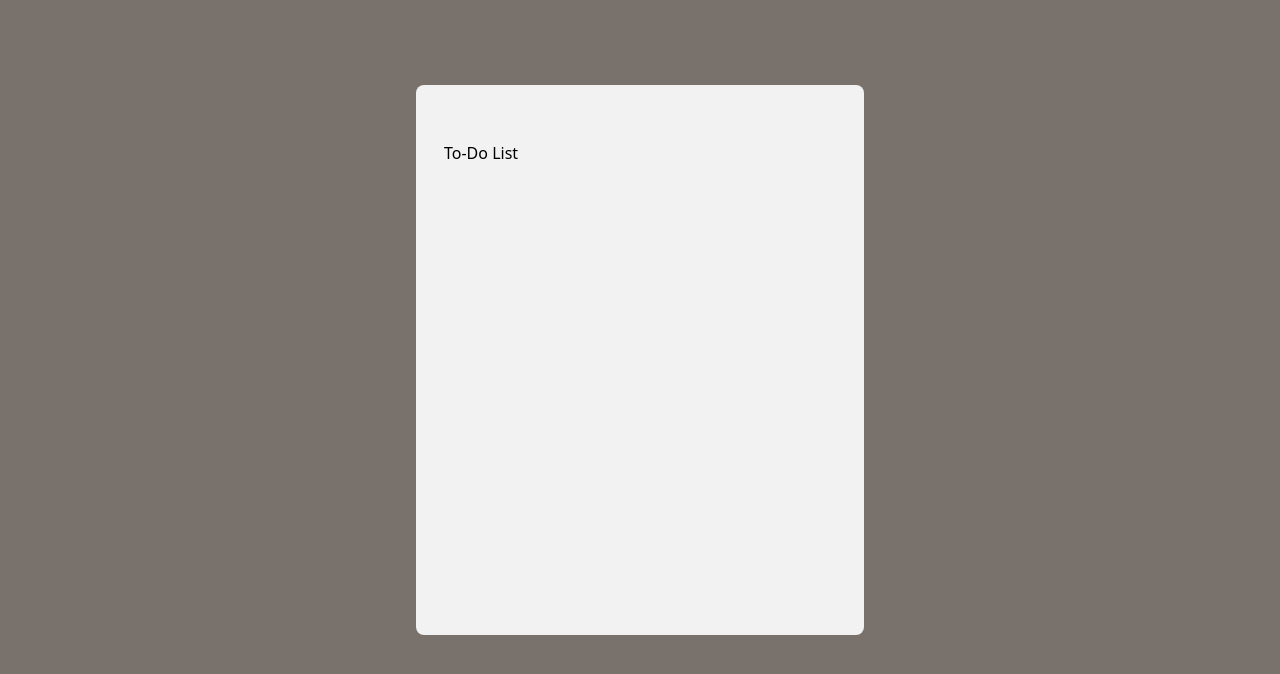
Repository: guilhermecardoso93/todolist-2025-tailwind
Page: /
The author's editor kept a copy of each file at every save. The page is drawn from the files as they stood at one save, then again after the next save.
The browser window is 1280 px wide. The pictures show the whole page.
The project was rebuilt for these pictures with package versions that can differ from the ones it lists, and the page was loaded fresh each time. Also part of the build but not shown: vite.config.js.

Above is the page before, as saved 2024-11-07 19:56:02.

After the next save:
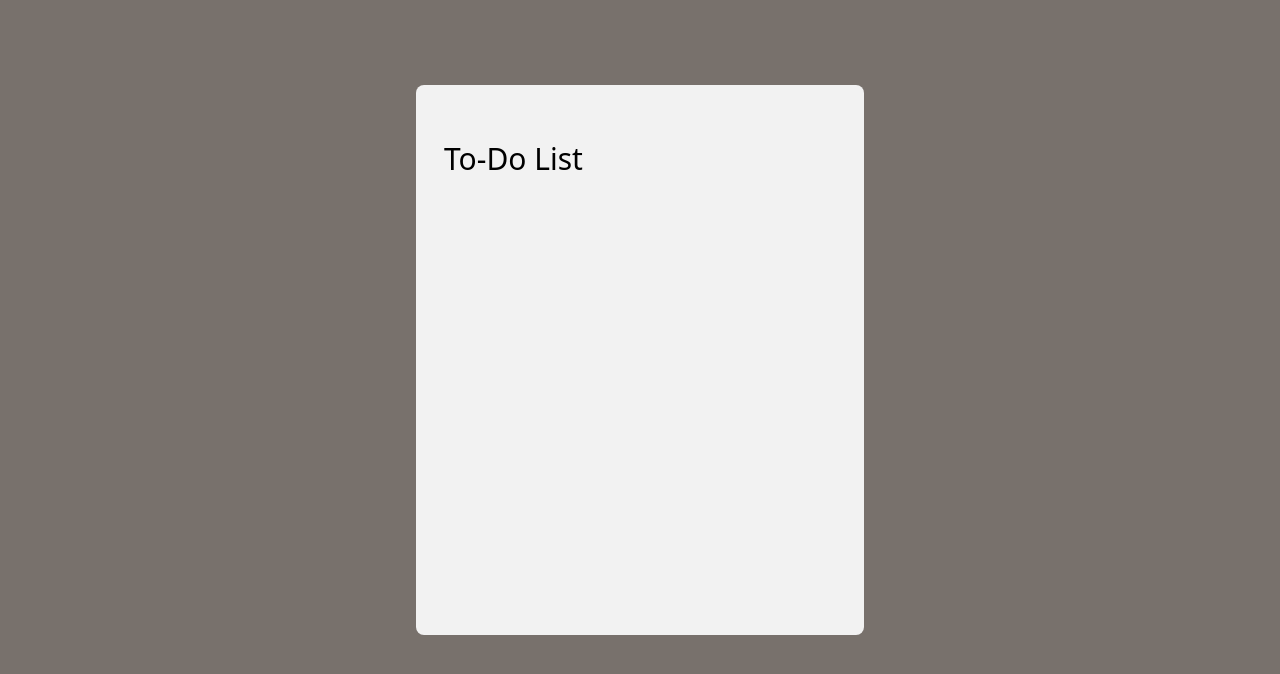
Saved 19 s later.
--- a/src/components/ToDo.jsx
+++ b/src/components/ToDo.jsx
@@ -1,9 +1,8 @@
 export function ToDo() {
   return (
     <div className="bg-[#f2f2f2] place-self-center w-11/12 max-w-md flex flex-col p-7 min-h-[550px] rounded-lg">
-
       <div className="flex items-center mt-7 gap-2"></div>
-      <h1>To-Do List</h1>
+      <h1 className="text-3xl">To-Do List</h1>
     </div>
   );
 }
